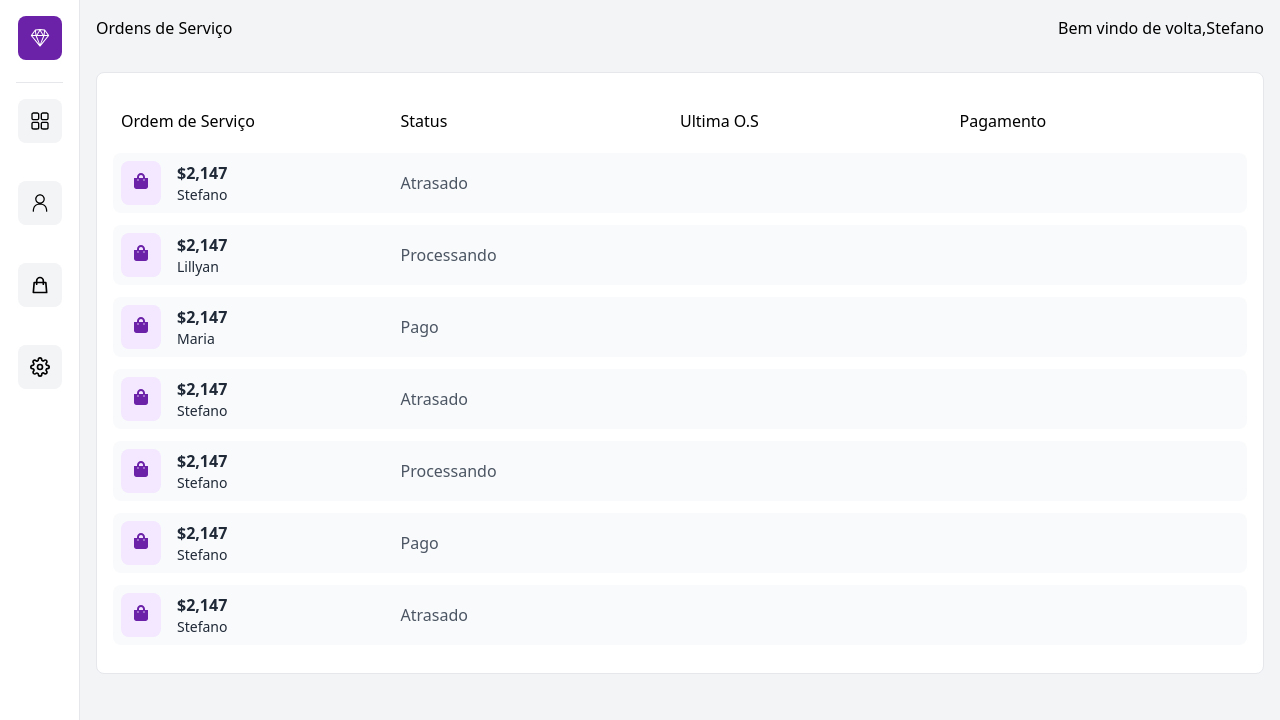
Repository: stefanosousaa/dashboard-next13
Page: /orders
An editor plug-in stored every save of this project. The page is shown before and after the next save, followed by the edit.
The browser window is 1280 px wide. The pictures show the whole page.
The project was rebuilt for these pictures with package versions that can differ from the ones it lists, and the page was loaded fresh each time. The framework's server and built-in components were replaced by stand-ins that run in the browser. Also part of the build but not shown: next.config.js.

Above is the page before, as saved 2023-05-18 18:43:13.

After the next save:
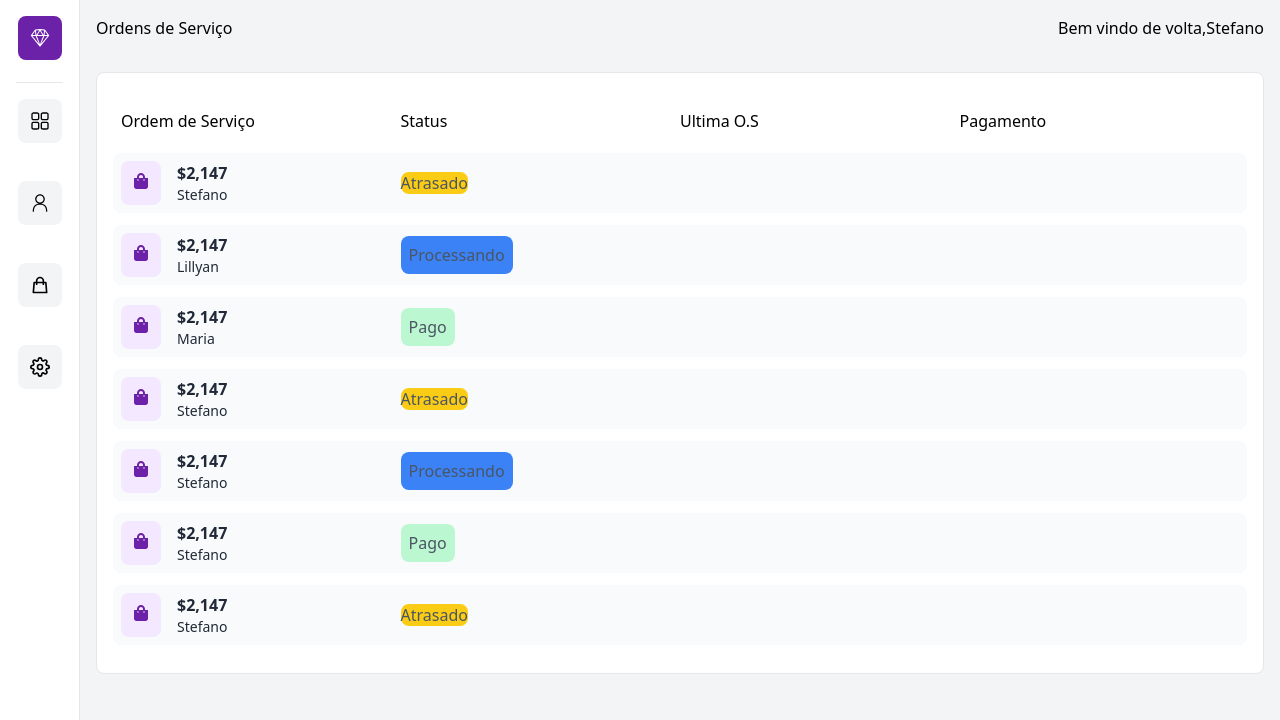
Saved 9 min 28 s later.
--- a/pages/orders.jsx
+++ b/pages/orders.jsx
@@ -33,7 +33,14 @@ const orders = () => {
 
                         </div>
                         <p className='text-gray-600 sm:text-left text-right'>
-                            <span>{order.status}</span>
+                            <span className={
+                                order.status == 'Pago'
+                                ? 'bg-green-200 p-2 rounded-lg'
+                                : order.status == 'Atrasado'
+                                ? 'bg-yellow-400 rounded-lg'
+                                : 'bg-blue-500 p-2 rounded-lg'
+                            }
+                            >{order.status}</span>
                         </p>
 
 
